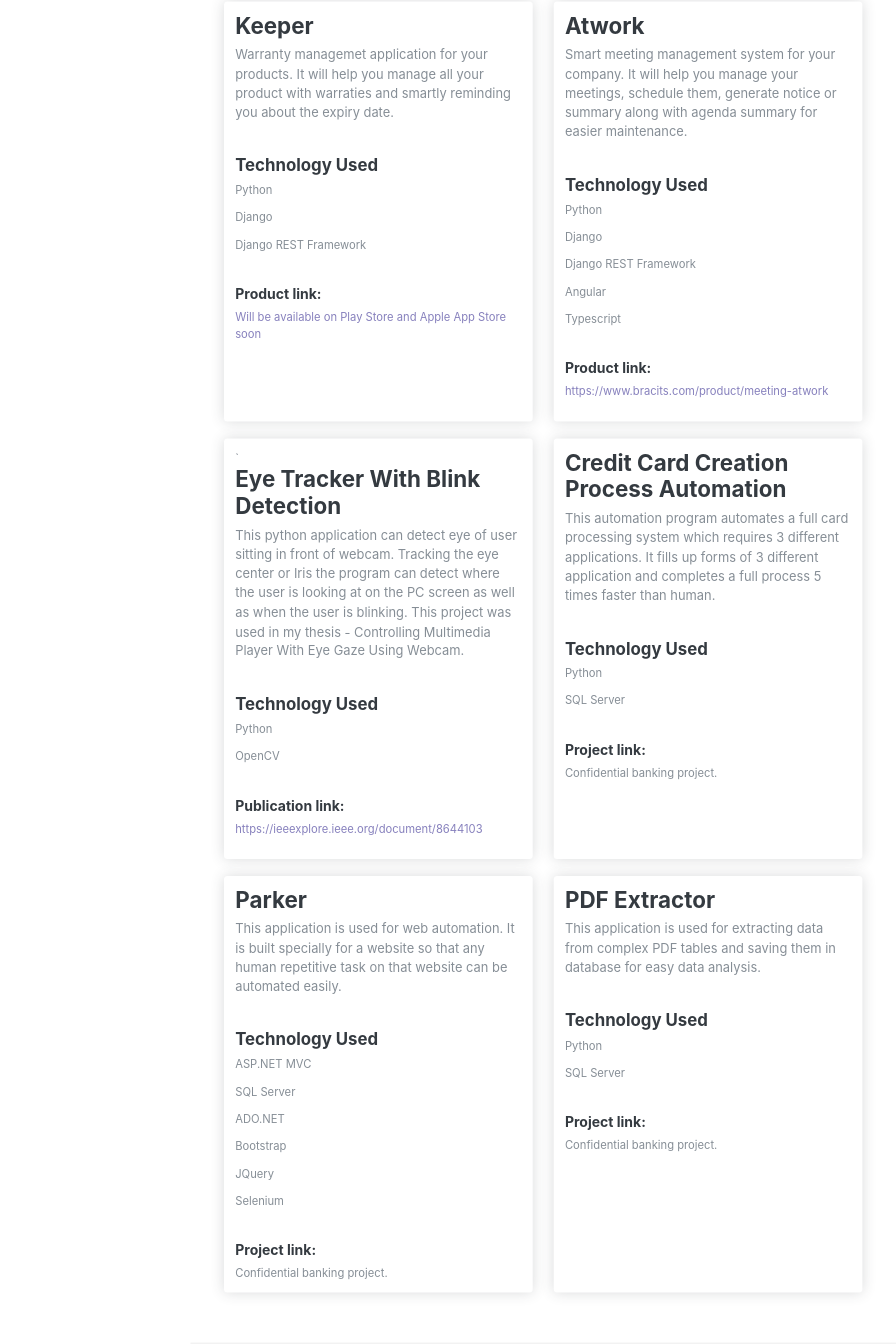
Repository: xahin96/xahin96.github.io
Page: index.html
These files come from the project's save history. The page is drawn as it stood at one moment and after the next save; the edit follows.
The browser window is 1280 px wide. The pictures show the part of the page from y = 3595 to 5515 px (the page is 5515 px tall before and 5491 px after), at 70% of full size.
Some web fonts or font styles are not loaded; a fallback is used.

Above is the page before, as saved 2024-04-27 12:50:45.

After the next save:
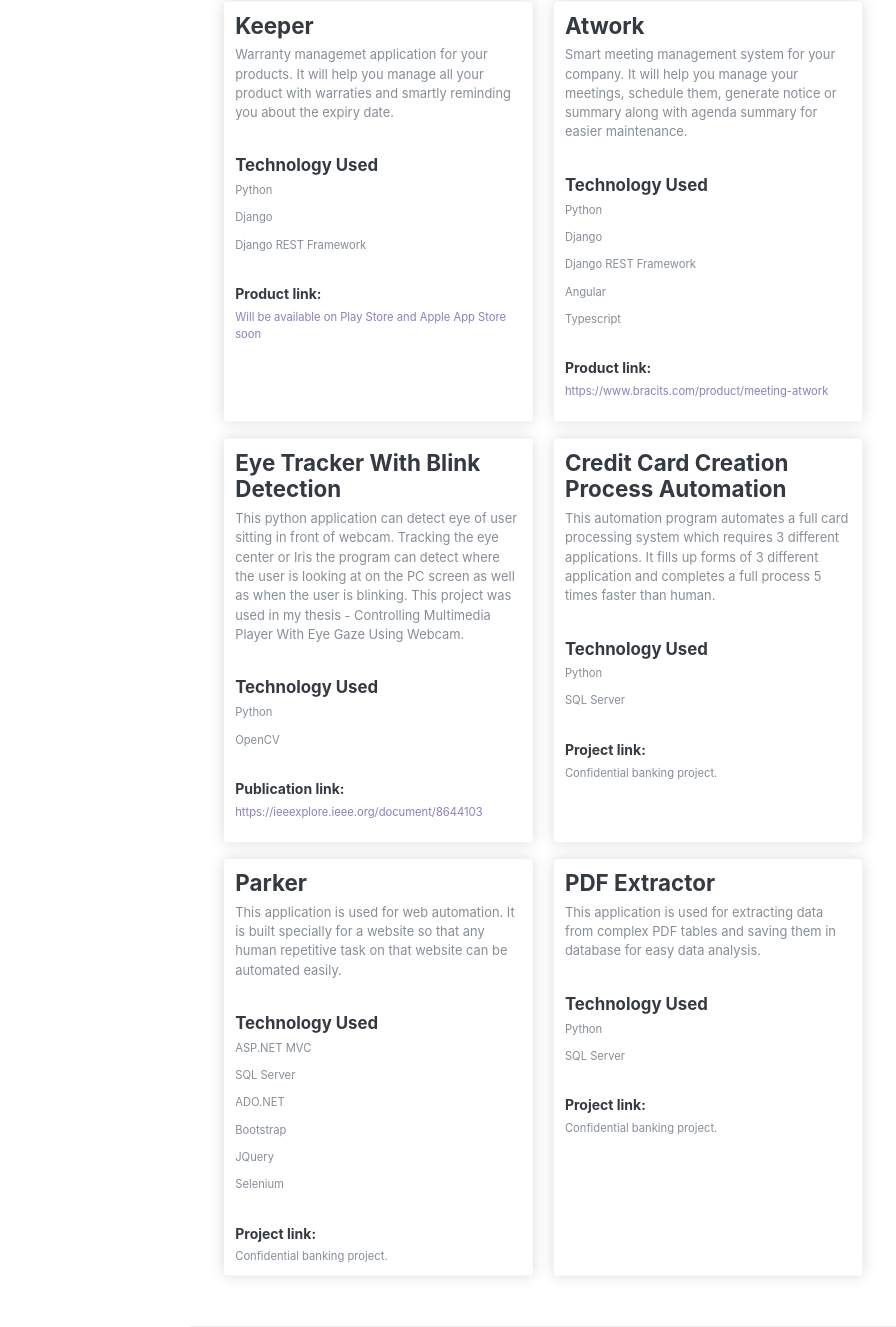
Saved 55 s later.
--- a/index.html
+++ b/index.html
@@ -330,7 +330,7 @@
             </div>
           </div>
           <div class="col-sm-12 col-md-6 mb-4">
-            <div class="card p-3">`
+            <div class="card p-3">
               <!-- <img class="mb-4" class="card-img-top" src="https://picsum.photos/id/237/200/300" alt="Card image cap"> -->
               <div style="background-color:rgb(255, 255, 255)">
                 <h3 class="mb-2">Eye Tracker With Blink Detection</h3>
